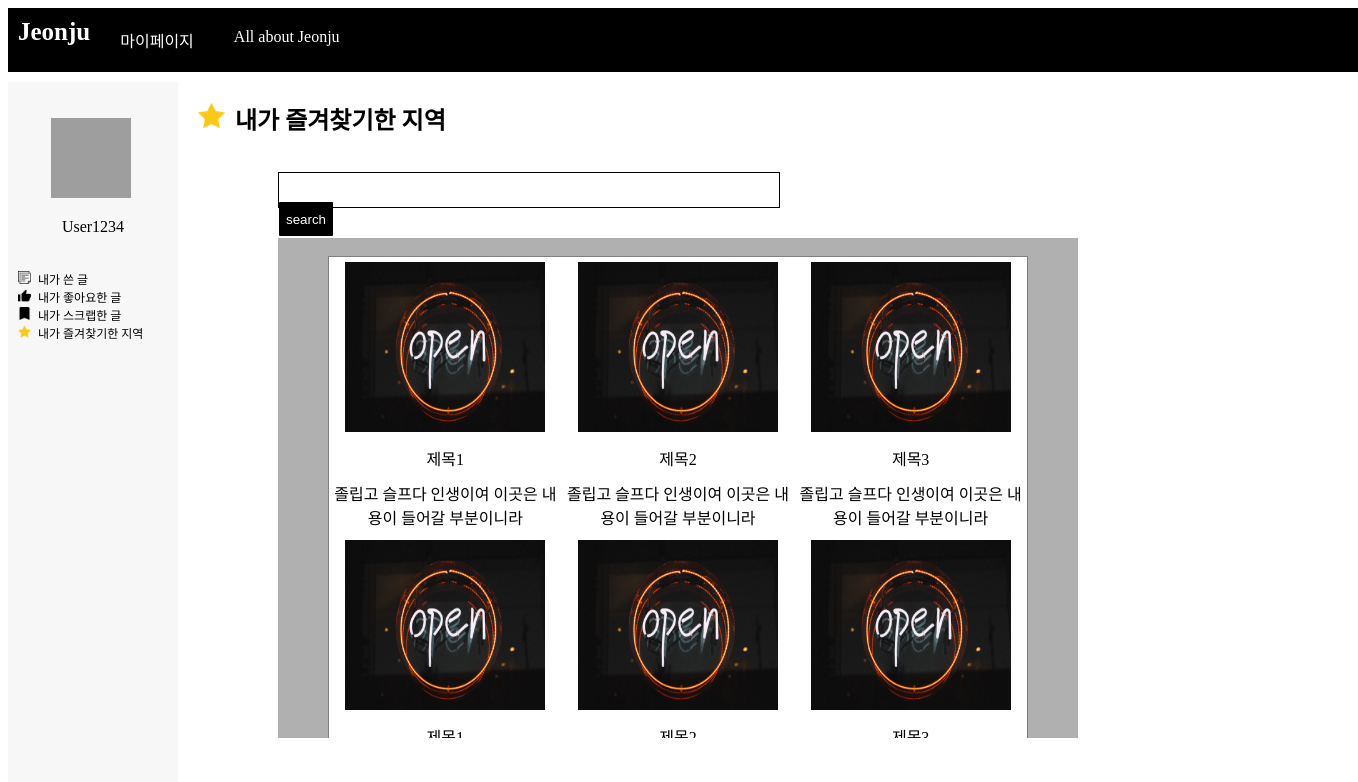
Repository: wka99/WEB-PROJECT
Page: Jeonju/WebContent/UserPage4.html
These files come from the project's save history. The page is drawn as it stood at one moment and after the next save; the edit follows.
The browser window is 1280 px wide. The page is 1358 px wide, so the pictures cover 1358 px, including what lies to the right of the window. The pictures show the whole page.
Pictures or frames that could not be fetched are drawn as grey boxes. An inner scrolling area shows only its first screen.

Above is the page before, as saved 2018-12-03 09:37:16.

After the next save:
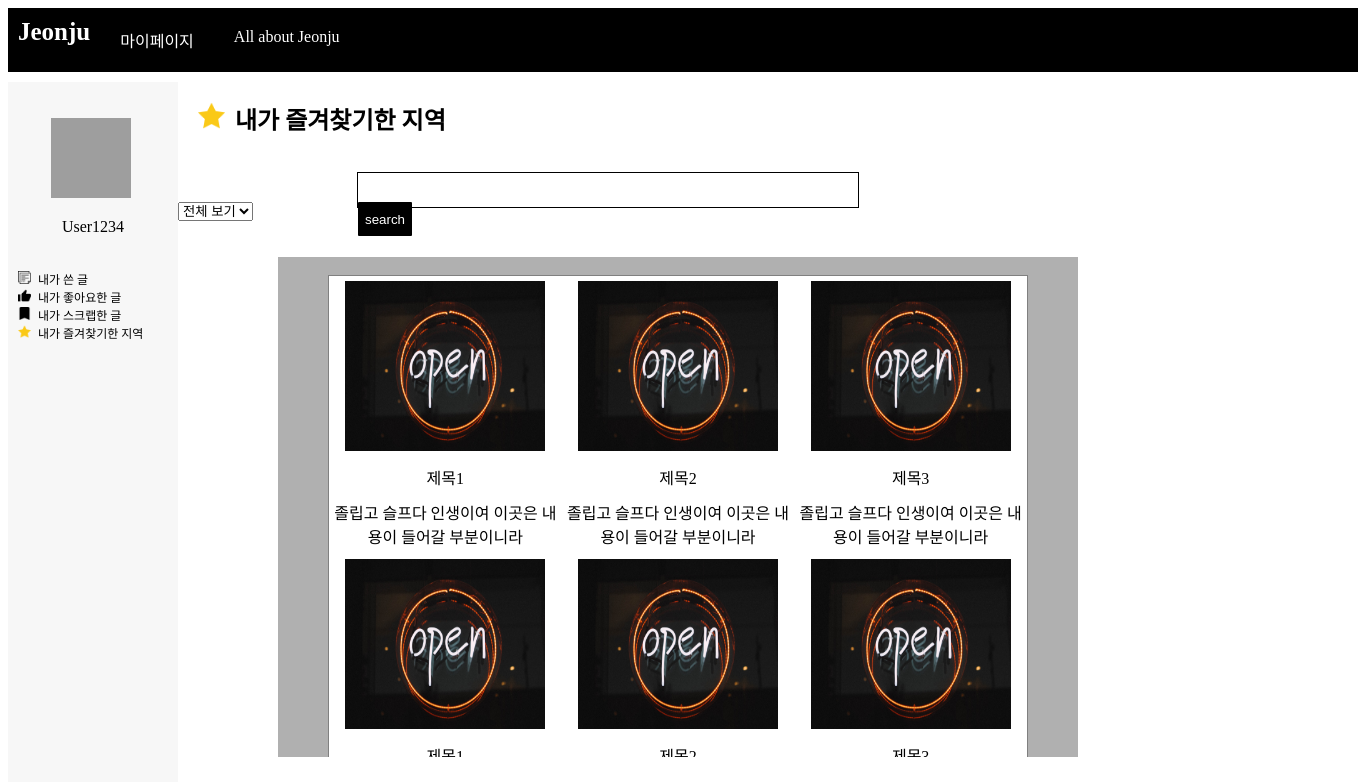
Saved 3 min 25 s later.
--- a/Jeonju/WebContent/UserPage4.html
+++ b/Jeonju/WebContent/UserPage4.html
@@ -40,10 +40,15 @@
     		<b><font size="5">&nbsp;내가 즐겨찾기한 지역</font></b>
     	</div>
     	<br><br>
+    	<form action="##" method="get">
+    	<select>
+    		<option value="0">전체 보기</option>
+    	</select>
     	<div class="searchwindow4">
     		<input type="text" class="searchtext4" value=""/>
     		<button id="searchbutton4" type="button" class="search4">search</button>
     	</div>
+    	</form>
     	<br><br>
     	<div class="bookmark_posts">
     	<br>
